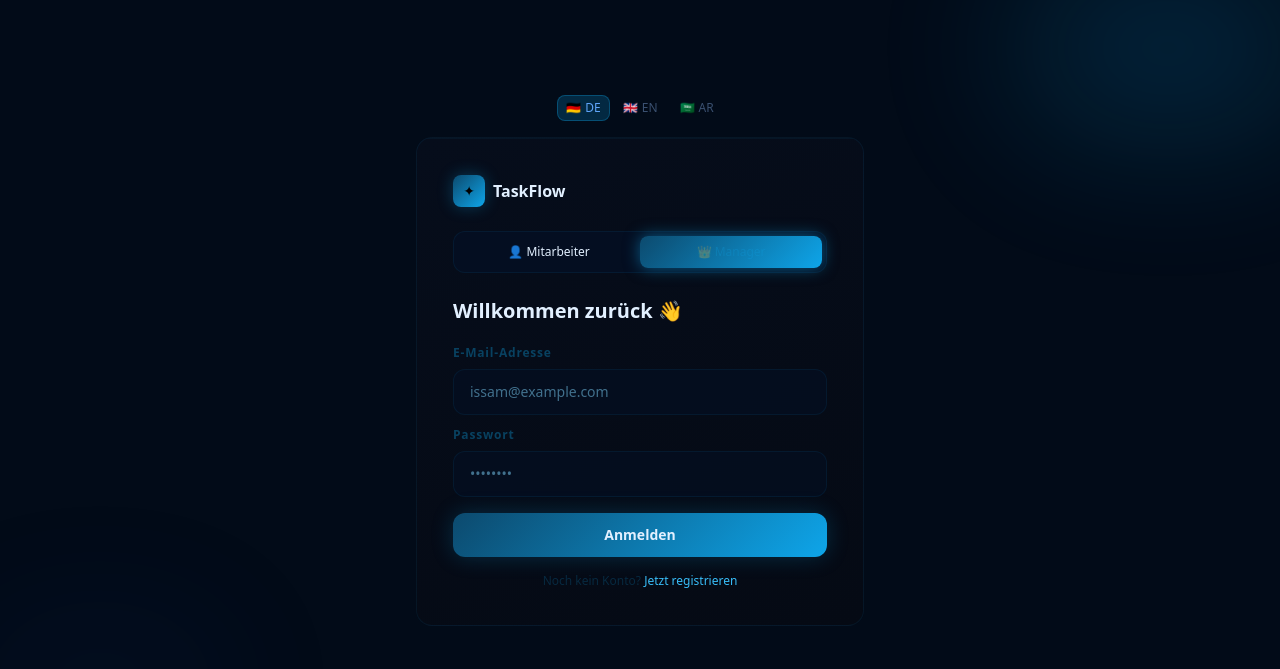
Repository: IssamSaed98/TaskManager.Frontend
Page: /
The author's editor kept a copy of each file at every save. The page is drawn from the files as they stood at one save, then again after the next save.
The browser window is 1280 px wide. The pictures show the whole page.
The project was rebuilt for these pictures with package versions that can differ from the ones it lists, and the page was loaded fresh each time. Also part of the build but not shown: vite.config.js, src/pages/Register.jsx, src/pages/AdminDashboard.jsx, src/components/TaskForm.jsx, src/components/TaskCard.jsx, src/components/KanbanBoard.jsx.

Above is the page before, as saved 2026-06-01 02:14:52.

After the next save:
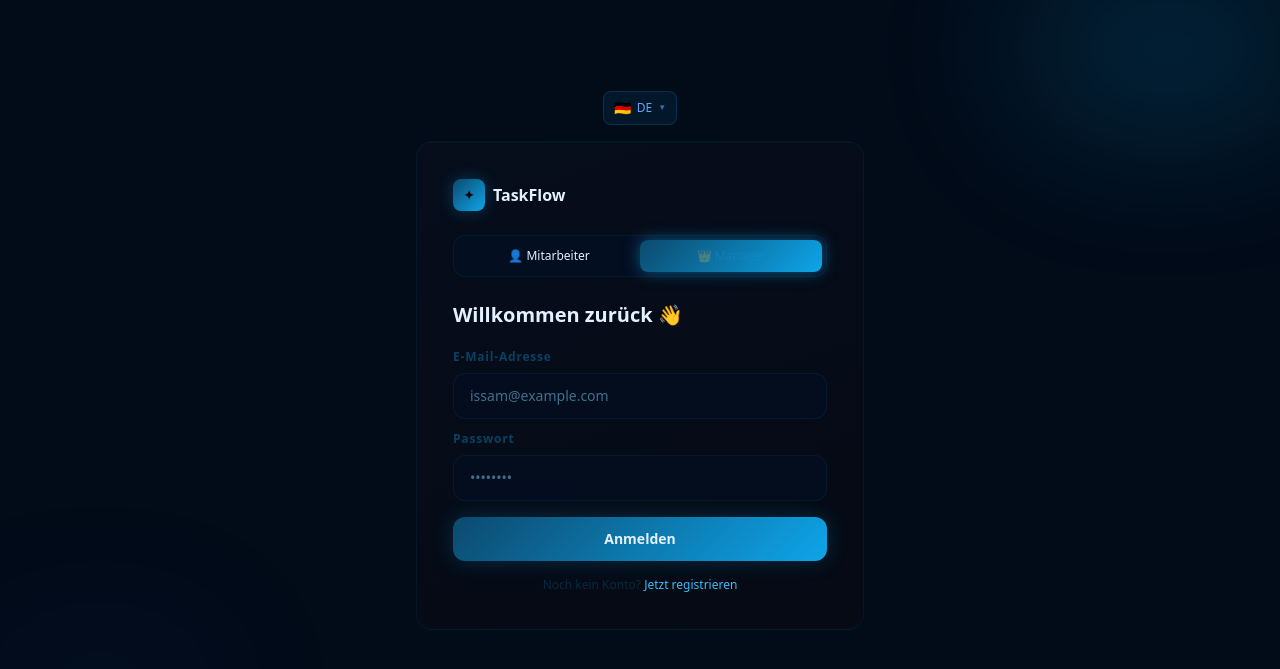
Saved 2 min 2 s later.
--- a/src/components/LanguageSwitcher.jsx
+++ b/src/components/LanguageSwitcher.jsx
@@ -1,36 +1,76 @@
+import { useState, useRef, useEffect } from 'react'
 import { useLanguage } from '../hooks/useLanguage'
 
 function LanguageSwitcher() {
   const { changeLanguage, currentLang } = useLanguage()
+  const [open, setOpen] = useState(false)
+  const ref = useRef(null)
 
   const languages = [
-    { code: 'de', label: 'DE', flag: '🇩🇪' },
-    { code: 'en', label: 'EN', flag: '🇬🇧' },
-    { code: 'ar', label: 'AR', flag: '🇸🇦' },
+    { code: 'de', label: 'DE', flag: '🇩🇪', name: 'Deutsch' },
+    { code: 'en', label: 'EN', flag: '🇬🇧', name: 'English' },
+    { code: 'ar', label: 'AR', flag: '🇸🇦', name: 'العربية' },
   ]
 
+  const current = languages.find(l => l.code === currentLang) || languages[1]
+
+  useEffect(() => {
+    const handleClick = (e) => {
+      if (ref.current && !ref.current.contains(e.target)) {
+        setOpen(false)
+      }
+    }
+    document.addEventListener('mousedown', handleClick)
+    return () => document.removeEventListener('mousedown', handleClick)
+  }, [])
+
   return (
-    <div className="flex items-center gap-1">
-      {languages.map(lang => (
-        <button
-          key={lang.code}
-          onClick={() => changeLanguage(lang.code)}
-          className="flex items-center gap-1 px-2 py-1 rounded-lg text-xs font-medium transition-all"
+    <div ref={ref} className="relative">
+      <button
+        onClick={() => setOpen(!open)}
+        className="flex items-center gap-1.5 px-2.5 py-1.5 rounded-lg text-xs font-medium transition-all"
+        style={{
+          background: 'rgba(14,165,233,0.08)',
+          border: '0.5px solid rgba(14,165,233,0.2)',
+          color: '#60a5fa',
+        }}>
+        <span className="text-sm">{current.flag}</span>
+        <span>{current.label}</span>
+        <span style={{ fontSize: '8px', opacity: 0.6 }}>{open ? '▲' : '▼'}</span>
+      </button>
+
+      {open && (
+        <div className="absolute top-full mt-2 rounded-xl overflow-hidden z-50"
           style={{
-            background: currentLang === lang.code
-              ? 'rgba(14,165,233,0.2)'
-              : 'transparent',
-            color: currentLang === lang.code
-              ? '#60a5fa'
-              : '#3a5070',
-            border: currentLang === lang.code
-              ? '0.5px solid rgba(14,165,233,0.3)'
-              : '0.5px solid transparent',
+            background: '#0a0f1a',
+            border: '0.5px solid rgba(14,165,233,0.15)',
+            boxShadow: '0 8px 32px rgba(0,0,0,0.4)',
+            minWidth: '130px',
+            left: '50%',
+            transform: 'translateX(-50%)',
           }}>
-          <span>{lang.flag}</span>
-          <span>{lang.label}</span>
-        </button>
-      ))}
+          {languages.map(lang => (
+            <button
+              key={lang.code}
+              onClick={() => { changeLanguage(lang.code); setOpen(false) }}
+              className="w-full flex items-center gap-3 px-4 py-2.5 text-xs transition-all"
+              style={{
+                background: currentLang === lang.code ? 'rgba(14,165,233,0.1)' : 'transparent',
+                color: currentLang === lang.code ? '#60a5fa' : '#4a6080',
+                borderBottom: '0.5px solid rgba(14,165,233,0.05)',
+              }}>
+              <span className="text-base">{lang.flag}</span>
+              <div className="text-left">
+                <div className="font-medium">{lang.label}</div>
+                <div style={{ fontSize: '10px', opacity: 0.5 }}>{lang.name}</div>
+              </div>
+              {currentLang === lang.code && (
+                <span className="mr-auto text-xs" style={{ color: '#60a5fa' }}>✓</span>
+              )}
+            </button>
+          ))}
+        </div>
+      )}
     </div>
   )
 }
